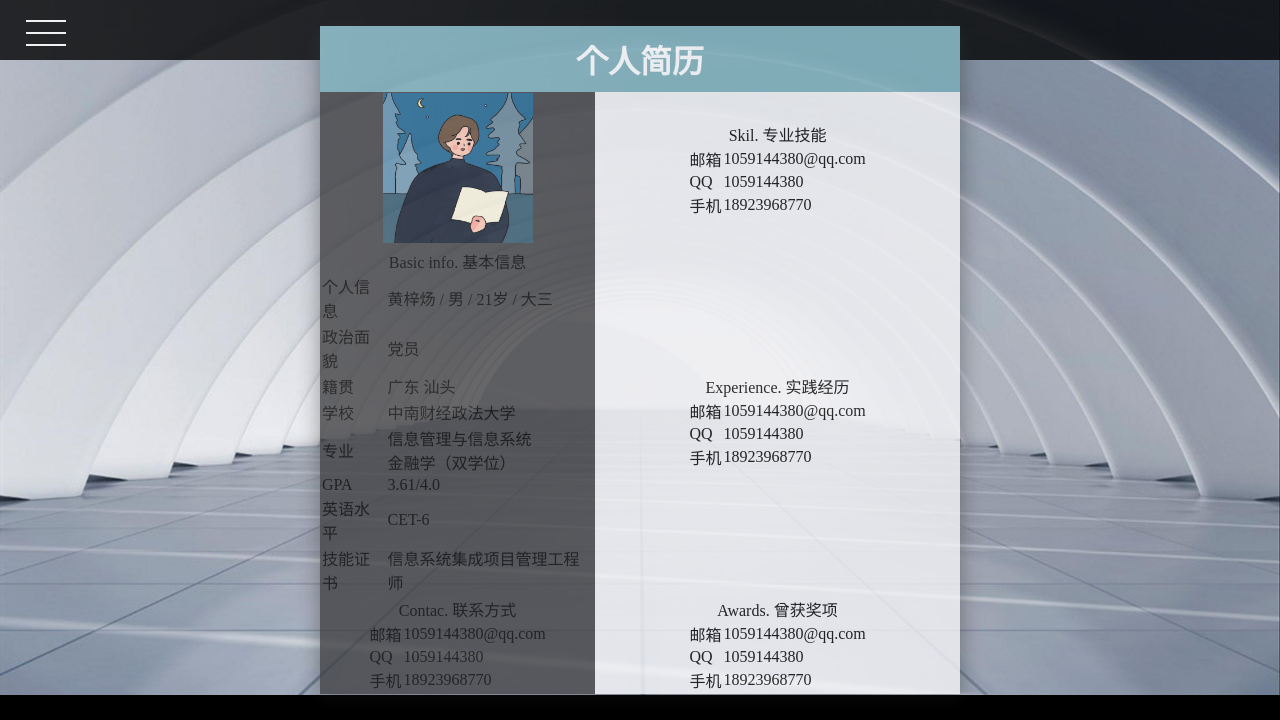
Repository: ustc-hzy/ziYang
Page: resume.html
An editor plug-in stored every save of this project. The page is shown before and after the next save, followed by the edit.
The browser window is 1280 px wide. The pictures show the whole page.

Above is the page before, as saved 2020-06-18 16:50:36.

### resume.html
<!DOCTYPE html>
<html lang="en">
<head>
    <meta charset="UTF-8">
    <meta name="viewport" content="width=device-width, initial-scale=1.0">
    <link rel="stylesheet" href="css/style.css" type="text/css">
    <link rel="stylesheet" href="css/resume.css" type="text/css">
    <title>个人简历</title>
</head>
<body>
    <header>
        <!-- 主体内容 -->
        <div class="inner">
            <!-- 用于控制菜单栏开关 -->
            <input type="checkbox" id="ham">
            <!-- 菜单栏icon -->
            <label for="ham">
                <div class="hamburger-container">
                    <span></span>
                    <span></span>
                    <span></span>
                </div>
            </label>
            <!-- 菜单栏各项 -->
            <nav>
                <ul>
                    <li><a href="index.html">网站首页</a></li>
                    <li><a href="resume.html">个人简历</a></li>
                    <li><a href="album.html">旅行相册</a></li>
                    <li><a href="asset.html">PS作品集</a></li>
                    <li><a href="episode.html">剧集收藏</a></li>
                </ul>
            </nav>
            <!-- 打开菜单栏的遮罩 -->
            <div class="mask"></div>
        </div>

        <div class="content-container">
            <table>
                <caption class="table-title">个人简历</caption>
                <tr>
                    <td class="left-column" align="center">
                        <img src="img/user.png" width="150px">
                    </td>
                    <td class="right-column" align="center">
                        <table>
                            <caption class="small-table-title"><div>Skil. 专业技能</div></caption>
                            <tr>
                                <td>邮箱</td>
                                <td>1059144380@qq.com</td>
                            </tr>
                            <tr>
                                <td>QQ</td>
                                <td>1059144380</td>
                            </tr>
                            <tr>
                                <td>手机</td>
                                <td>18923968770</td>
                            </tr>
                        </table>
                    </td>
                </tr>
                <tr>
                    <td class="left-column" align="center">
                        <table>
                            <caption class="small-table-title"><div>Basic info. 基本信息</div></caption>
                            <tr>
                                <td>个人信息</td>
                                <td>黄梓炀 / 男 / 21岁 / 大三</td>
                            </tr>
                            <tr>
                                <td>政治面貌</td>
                                <td>党员</td>
                            </tr>
                            <tr>
                                <td>籍贯</td>
                                <td>广东 汕头</td>
                            </tr>
                            <tr>
                                <td>学校</td>
                                <td>中南财经政法大学</td>
                            </tr>
                            <tr>
                                <td>专业</td>
                                <td>
                                    <div>信息管理与信息系统</div>
                                    <div>金融学（双学位）</div>
                                </td>
                            </tr>
                            <tr>
                                <td>GPA</td>
                                <td>3.61/4.0</td>
                            </tr>
                            <tr>
                                <td>英语水平</td>
                                <td>CET-6</td>
                            </tr>
                            <tr>
                                <td>技能证书</td>
                                <td>信息系统集成项目管理工程师</td>
                            </tr>
                        </table>
                    </td>
                    <td class="right-column" align="center">
                        <table class="small-table-title">
                            <caption><div>Experience. 实践经历</div></caption>
                            <tr>
                                <td>邮箱</td>
                                <td>1059144380@qq.com</td>
                            </tr>
                            <tr>
                                <td>QQ</td>
                                <td>1059144380</td>
                            </tr>
                            <tr>
                                <td>手机</td>
                                <td>18923968770</td>
                            </tr>
                        </table>
                    </td>
                </tr>
                <tr>
                    <td class="left-column" align="center">
                        <table>
                            <caption class="small-table-title"><div>Contac. 联系方式</div></caption>
                            <tr>
                                <td>邮箱</td>
                                <td>1059144380@qq.com</td>
                            </tr>
                            <tr>
                                <td>QQ</td>
                                <td>1059144380</td>
                            </tr>
                            <tr>
                                <td>手机</td>
                                <td>18923968770</td>
                            </tr>
                        </table>
                    </td>
                    <td class="right-column" align="center">
                        <table class="small-table-title">
                            <caption><div>Awards. 曾获奖项</div></caption>
                            <tr>
                                <td>邮箱</td>
                                <td>1059144380@qq.com</td>
                            </tr>
                            <tr>
                                <td>QQ</td>
                                <td>1059144380</td>
                            </tr>
                            <tr>
                                <td>手机</td>
                                <td>18923968770</td>
                            </tr>
                        </table>
                    </td>
                </tr>
            </table>
        </div>
    </header>
</body>
</html>

### css/style.css
body {
    height: 100%;
    width: 100%;
    margin: 0 auto;
    padding: 0 0 ;
    background-color: #000000;
    background-image: url(../img/user_bg.jpg);
    background-repeat: no-repeat;
    background-size: cover;
    overflow: auto;
}
header{
    height: 60px;
    background-color: #000000;
    opacity: 0.8;
}
.inner{
    width: 96%;
    margin: auto;
}
#ham{
    display: none;
}
/* 当chexkbox选中时，改变第一条线 */
#ham:checked + label .hamburger-container span:nth-child(1){
    transform: rotate(45deg);
    top: 11px;
    transition: transform .3s ease-in-out, top .3s ease-in-out 3s;
}
/* 当chexkbox选中时，第二条线消失 */
#ham:checked + label .hamburger-container span:nth-child(2){
    opacity: 0;
}
/* 当chexkbox选中时，改变第三条线 */
#ham:checked + label .hamburger-container span:nth-child(3){
    transform: rotate(-45deg);
    top: -11px;
    transition: transform .3s ease-in-out, top .3s ease-in-out 3s;
}
.hamburger-container span:nth-child(2){
    margin-top: 10px;
    transition: opacity .1s ease-in-out .1s;
}
.hamburger-container span:nth-child(3){
    margin-top: 10px;
}
.hamburger-container{
    display: block;
    width: 40px;
    height: 40px;
    position: relative;
    top: 20px;
    z-index: 100;
}
.hamburger-container span{
    display: block;
    height: 2px;
    background-color: #fff;
    position: relative;
    transition: transform .3s ease-in-out, top .3s ease-in-out .3s;
}
nav{
    position: absolute;
    z-index: 100;
    color: #fff;
    top: 50px;
    transform: scaleY(0); /* 垂直方向缩小到0，即关闭 */
    transition: all .3s ease-in-out;
    transform-origin: 50% 0; /* 将中心点移到顶部 */
    opacity: 0; /* 渐入渐出效果 */
}
/* 当chexkbox选中时，展示nav */
#ham:checked ~ nav{
    transform: scaleY(1); /* 垂直方向扩大到1，即打开 */
    opacity: 1;
    transition: all .3s ease-in-out;
}
.mask {
    width: 100vw;
    height: 100vh;
    position: fixed;
    top: 0;
    left: 0;
    background: #000000;
    opacity: 0;
    z-index: 10; /* 防止遮住要显示的部分 */
    transform: scaleY(0);
    transform-origin: 50% 0;
    transition: all .3s ease-in-out;
}
#ham:checked ~ .mask{
    opacity: 1;
    transform: scaleY(1);
    transition: all .3s ease-in-out;
}
ul{
    position: relative;
    right: 40px;
    margin-top: 2em;
    list-style-type:none;
    font-size: 35px;
}
ul li{
    margin-top: 1em;
}
ul li:hover{
    transform: scale(1.2, 1.2); /* transform从元素中心开始变化，不会影响到其他元素 */
    /* background-color:  rgba(255,255,255,0.1);
    padding: 10px 20px; */
}
.name-container{
    position: absolute;
    top: 50%;
    left: 50%;
    transform: translate(-50%,-50%);
    z-index: 1;
    background-color: rgba(0,0,0,0.3); /* 此处使用opacity会让文字也变透明 */
    box-shadow: 0 5px 20px rgba(26,26,26,0.5);
}
.mid-name{
    color: #fff;
    font-size: 50px;
    border: 8px solid #fff;
    padding: 40px;
    text-align: center;
}
.mid-name .id{
    margin-top: 10px;
    font-size: 40px;
}
a{
    text-decoration: none;
    color: #ffffff;
}

### css/resume.css
.content-container{
    position: absolute;
    top: 50%;
    left: 50%;
    transform: translate(-50%,-50%);
    z-index: 1;
    box-shadow: 0 5px 20px rgba(26,26,26,0.5);
}
table{
    border-spacing: 0;
}
.table-title{
    color: #ffffff;
    font-size: 32px;
    font-weight: bold;
    padding: 10px 0 ;
    background-color: #7cb0bb;
}
.left-column{
    width: 400px;
    background-color: #424244;
}
.right-column{
    width: 600px;
    background-color: #f3f3f5;
}

After the next save:
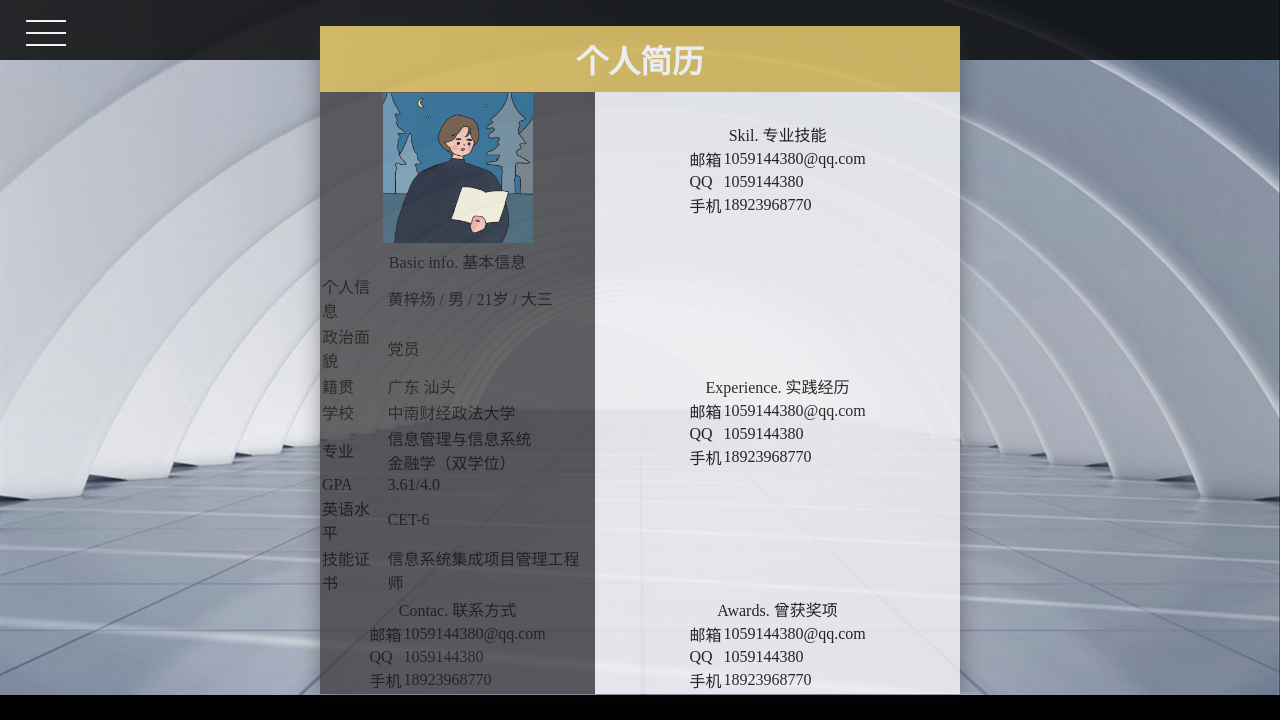
Saved 15 s later.
--- a/css/resume.css
+++ b/css/resume.css
@@ -14,7 +14,7 @@ table{
     font-size: 32px;
     font-weight: bold;
     padding: 10px 0 ;
-    background-color: #7cb0bb;
+    background-color: #dbba53;
 }
 .left-column{
     width: 400px;
